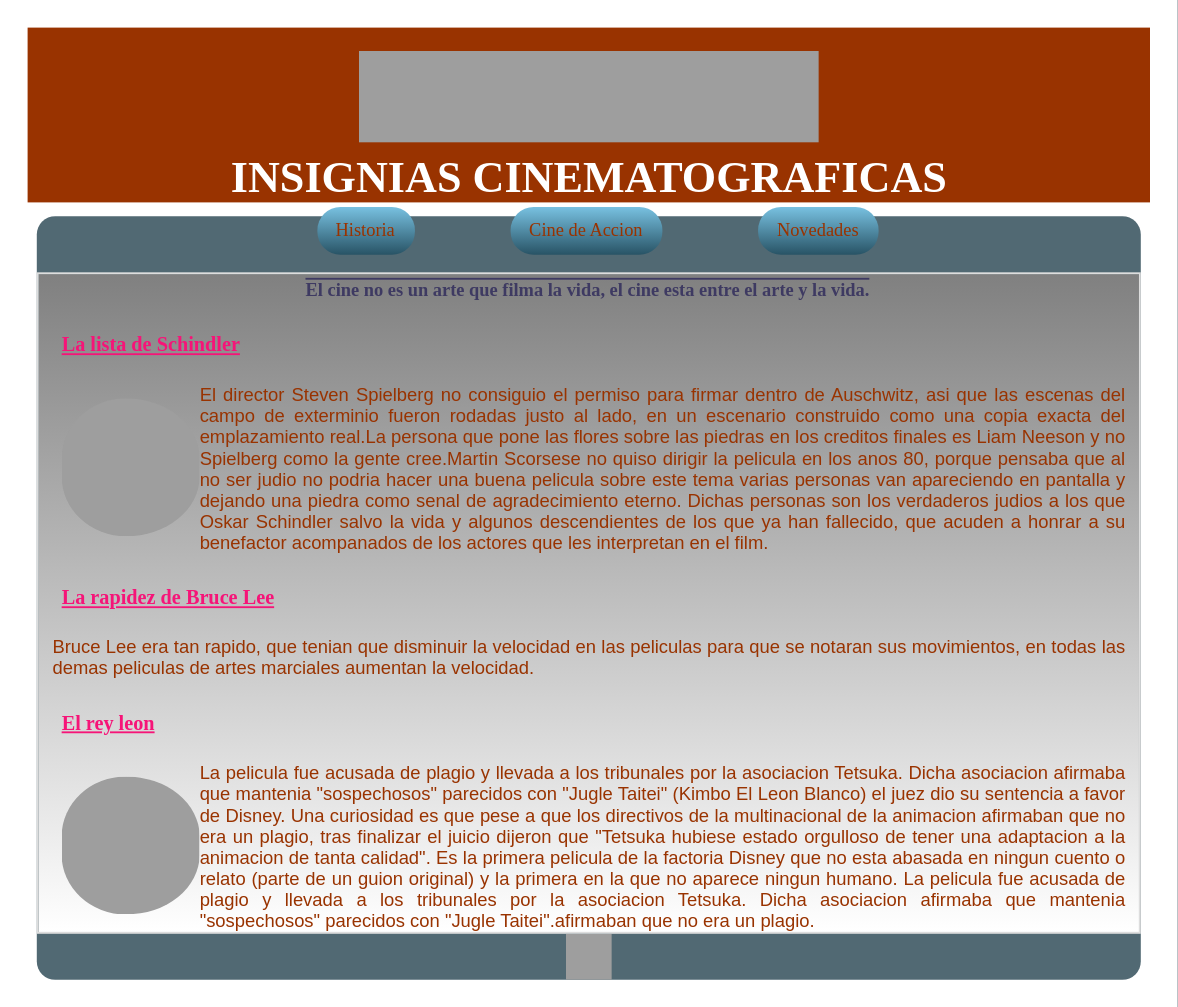
Repository: fredysanchez/PracticaRepositorio
Page: 05 CUARTO SEMESTRE/ARQUITECTURA WEB/Deberes/Deber4_Insignias/novedaes.html
The author's editor kept a record of every edit. The page is drawn from the files as they stood at one moment, then again after the next edit.
The browser window is 1280 px wide. The pictures show the whole page, at 92% of full size.
Pictures or frames that could not be fetched are drawn as grey boxes.

Above is the page before.

### 05 CUARTO SEMESTRE/ARQUITECTURA WEB/Deberes/Deber4_Insignias/novedaes.html
<!DOCTYPE html>
<html>
    <head>
        <title>Insignias</title>
        <link rel="stylesheet" href="main.css" type="text/css" />
    </head>
    <body>
        <div class="header">
            <img class="icon" src="https://mariadolores99blog.files.wordpress.com/2015/04/rollo-pelicula-3.png">
            <h1>INSIGNIAS CINEMATOGRAFICAS</h1>
        </div>
        <div class="nav">
            <ul >
                <li><a href="historia.html">Historia</a></li>
                <li><a href="accion/accion.html">Cine de Accion</a></li>
                <li><a href="novedaes.html">Novedades</a></a></li>
            </ul>
            <div class="main-cont">
                <h3>El cine no es un arte que filma la vida, el cine esta entre el arte y la vida.</h3>
                <h4>La lista de Schindler</h4>
                    <p><img class="biografias" src="http://curiosidades.com/wp-content/uploads/2013/09/la-lista-de-schindler-in02-dvd4-150x150.jpg">
                    El director Steven Spielberg no consiguio el permiso para firmar dentro de Auschwitz,
                    asi que las escenas del campo de exterminio fueron rodadas justo al lado, en un escenario construido como una copia exacta del
                    emplazamiento real.La persona que pone las flores sobre las piedras en los creditos finales es Liam Neeson y no Spielberg como la
                    gente cree.Martin Scorsese no quiso dirigir la pelicula en los anos 80, porque pensaba que al no ser judio no podria hacer una buena
                    pelicula sobre este tema varias personas van apareciendo en pantalla y dejando una piedra como senal de agradecimiento eterno.
                    Dichas personas son los verdaderos judios a los que Oskar Schindler salvo la vida y algunos descendientes de los que ya han fallecido,
                    que acuden a honrar a su benefactor acompanados de los actores que les interpretan en el film.</p>
                <h4>La rapidez de Bruce Lee</h4>
                    <p>Bruce Lee era tan rapido, que tenian que disminuir la velocidad en las peliculas para que se notaran sus movimientos,
                    en todas las demas peliculas de artes marciales aumentan la velocidad.</p>
                <h4>El rey leon</h4>
                    <p><img class="biografias" src="http://curiosidades.com/wp-content/uploads/2013/09/4156626_249px-150x150.jpg">
                    La pelicula fue acusada de plagio y llevada a los tribunales por la asociacion Tetsuka. Dicha asociacion
                    afirmaba que mantenia "sospechosos" parecidos con "Jugle Taitei" (Kimbo El Leon Blanco) el juez dio su sentencia a
                    favor de Disney. Una curiosidad es que pese a que los directivos de la multinacional de la animacion
                    afirmaban que no era un plagio, tras finalizar el juicio dijeron que "Tetsuka hubiese estado orgulloso de tener una adaptacion
                    a la animacion de tanta calidad". Es la primera pelicula de la factoria Disney que no esta abasada en ningun cuento o relato (parte de un guion original) y
                    la primera en la que no aparece ningun humano. La pelicula fue acusada de plagio y llevada a los tribunales por la asociacion Tetsuka. Dicha asociacion
                    afirmaba que mantenia "sospechosos" parecidos con "Jugle Taitei".afirmaban que no era un plagio.</p>
            </div>
            <a href="inicio.html"><img class="back" src="http://www.superenglishtj.com/arrow.png"></a>
        </div>
    </body>
</html>

### 05 CUARTO SEMESTRE/ARQUITECTURA WEB/Deberes/Deber4_Insignias/main.css
            /*Eliminar el formato de toda la pagina*/
            html,body,h1,h2,h3,p,ul,ol,li,a{
                padding:0;
                margin:0;
                border:0;
            }

            body{
                padding:30px 30px 30px 30px;
            }

            h1{
                color: white;
                font-size: 48px;
                margin:10px 0 15px 0;
                text-align:center;
            }

            h2 {
                color:#87CEEB;
                padding:6px 3px 0 0;
                border-bottom:5px solid #1E90FF;
                margin:20px 0 20px 0;
                font-size: 40px;
                text-align:center;
            }

            h3 {
                color: #3E3A62;
                font-size: 20px;
                padding: 6px 3px 0px 0px;
                text-align:center;
                text-decoration:overline;
            }

            h4 {
                color: #F61478;
                font-size: 22px;
                padding: 6px 3px 0px 25px;
                text-decoration:underline;
                text-align:left;
            }

            p{
                font-size: 16px;
                padding:0 15px 0 15px;
                color: #574E51;
                font-family: arial;
                text-decoration: none ;
                text-align:justify;
            }

            ol li:first-child {
                color: #778899;
            }

            ol{
                font-size:24px;
            }

            ul{
                font-size:24;
                list-style:none;
                padding:0 0 8px 20px;
            }

            ul li{
                font-size: 25px;
                text-align:center;
            }

            .nav{
                text-align:center;
                margin:0 10px 0 10px;
                background:#516973;
                border-radius: 20px;
            }

            .nav li{
                margin:0 50px 0 50px;
                text-decoration:none;
                list-style-type:none;
                display:inline;
                padding:10px 22px 15px 20px;
                border-radius: 25px;
                background: -webkit-gradient(linear, 0 0, 0 100%, from(#78C1E1), to(#285365));
                background: -moz-linear-gradient(#78C1E1, #285365);
                background: -webkit-linear-gradient(#78C1E1, #285365);
                background: -o-linear-gradient(#78C1E1, #285365);
                background: linear-gradient(#78C1E1, #285365);
            }

            .nav a{
                color: #993300;
                text-decoration:none;
                font-size:20px;
            }

            .header {
                background-color:#993300;
                text-align:center;
                margin:auto;
            }

            .header a{
                color:yellow;
            }

            .icon{
                padding:25px 0 0 0;
                display:block;
                margin:auto;
                width:500px;
                height:100px;
            }
            .back{
                display:block;
                margin:auto;
                width:50px;
                height:50px;
            }

            .main-cont{
                padding:0;
                border: 2px solid #DDDDDD;
                margin: 25px auto 0 auto;
                background: -webkit-gradient(linear, 0 0, 0 100%, from(gray), to(white));
                background: -moz-linear-gradient(gray, white);
                background: -webkit-linear-gradient(gray, white);
                background: -o-linear-gradient(gray, white);
                background: linear-gradient(gray, white);
            }

            .main-cont a{
                color: #993300;
                text-decoration:none;
                font-size:20px;
                display:block;
            }
            .main-cont p{
                color: #993300;
                text-decoration:none;
                font-size:20px;
                display:block;
            }


            .imagen {
                display:block;
                margin:auto;
                width:400px;
                height:250px;
            }

            .imagen1 {
                margin:auto;
                width:500px;
                height:600px;
            }

            .pelicula{
                margin:auto;
                width:200px;
                height:200px;
                border-radius: 360px;
            }

            .biografias{
                width:150px;
                height:150px;
                float:left;
                clear: both;
                border-radius: 360px;
                padding:15px 0 15px 10px;
                display:block;

            }

After the next edit:
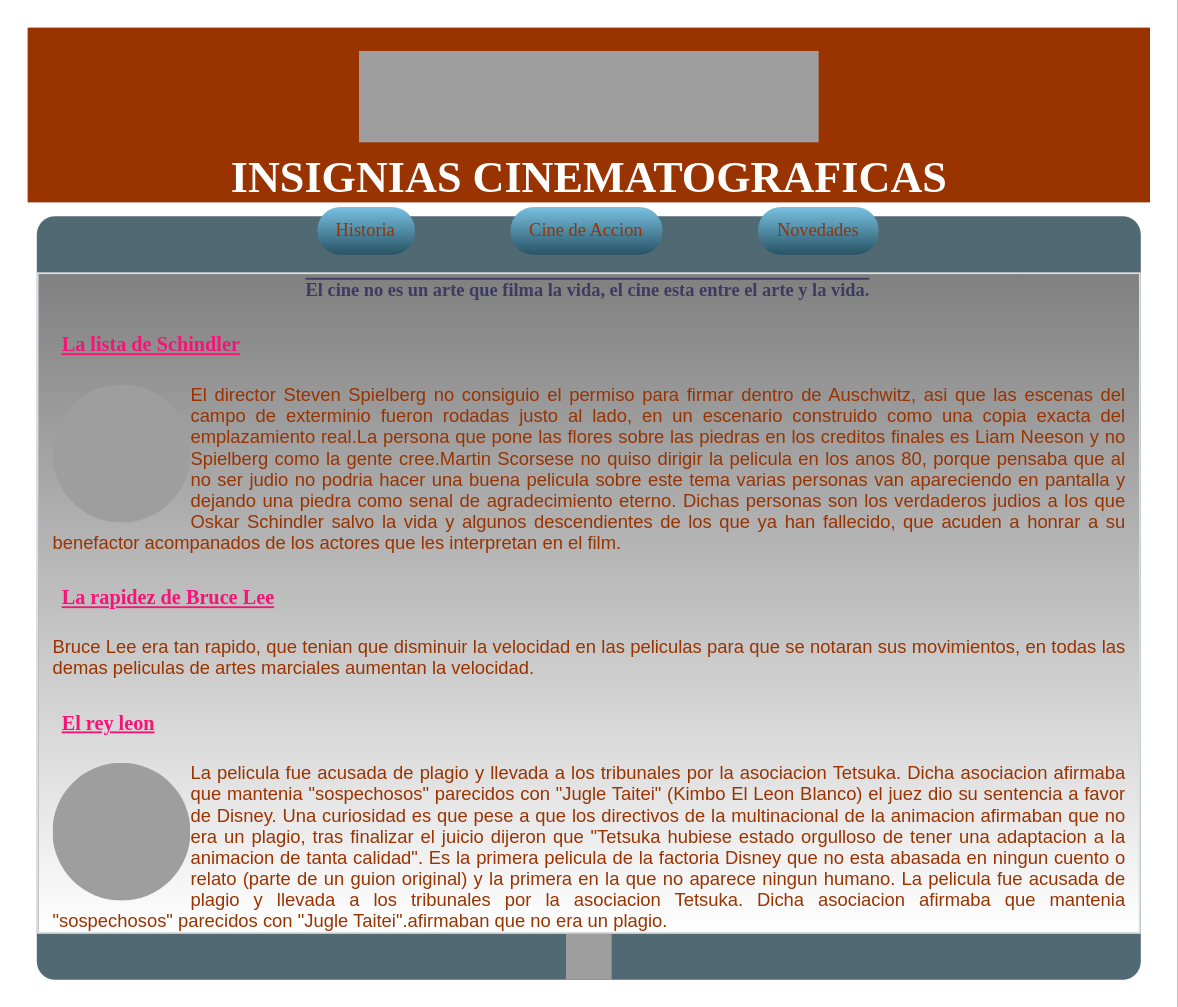
The edit:
--- a/05 CUARTO SEMESTRE/ARQUITECTURA WEB/Deberes/Deber4_Insignias/main.css
+++ b/05 CUARTO SEMESTRE/ARQUITECTURA WEB/Deberes/Deber4_Insignias/main.css
@@ -171,7 +171,6 @@
                 float:left;
                 clear: both;
                 border-radius: 360px;
-                padding:15px 0 15px 10px;
                 display:block;
 
             }
